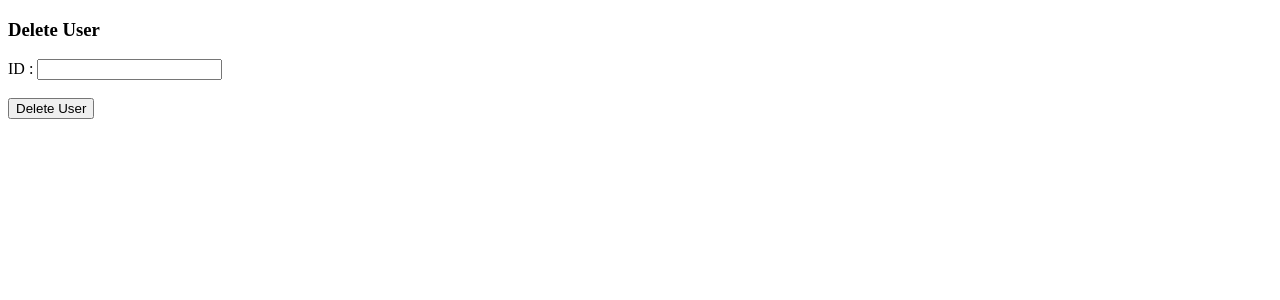
Repository: Mehakbatra496/Eclipse_Workspace
Page: http://localhost/G6_SpringbootDataJpaDemo/views/deleteuserbyname-page.jsp
An editor plug-in stored every save of this project. The page is shown before and after the next save, followed by the edit.
The browser window is 1280 px wide. The pictures show the whole page.
The page is served by Tomcat 9.

Above is the page before, as saved 2024-08-30 07:20:48.

After the next save:
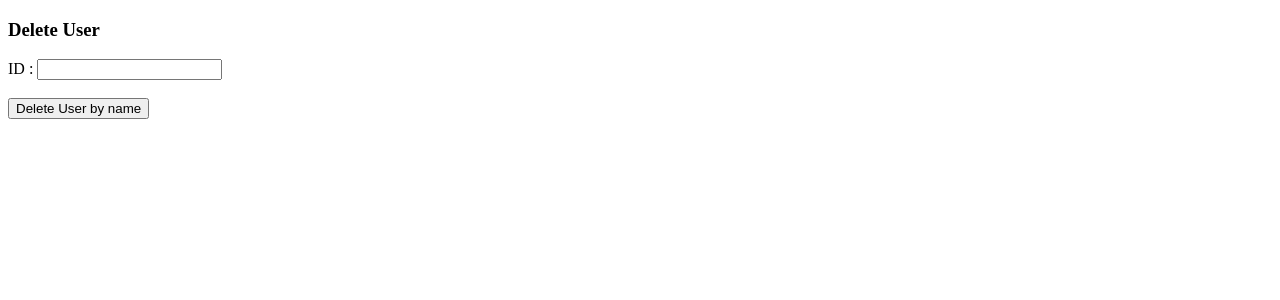
Saved 14 s later.
--- a/G6_SpringbootDataJpaDemo/src/main/webapp/views/deleteuserbyname-page.jsp
+++ b/G6_SpringbootDataJpaDemo/src/main/webapp/views/deleteuserbyname-page.jsp
@@ -10,7 +10,7 @@
 	<h3> Delete User </h3>
 	<form action="deleteUserByNameForm" method="post">
 		ID : <input type="text" name="name1" /> <br/> <br/>
-		<input type="submit" value="Delete User" />
+		<input type="submit" value="Delete User by name" />
 	</form>
 </body>
 </html>
